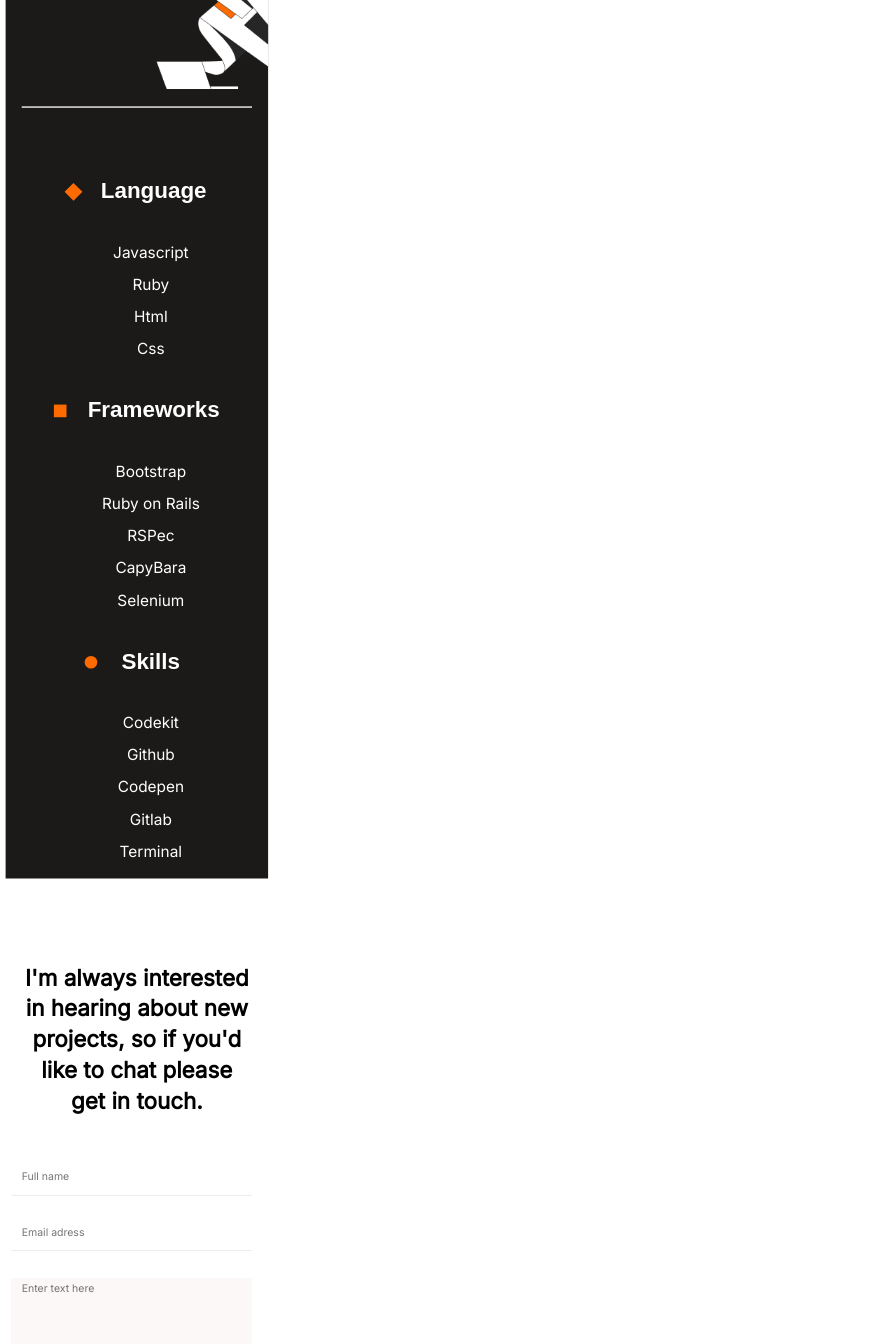
Repository: iBel251/portfolio
Page: index.html
These files come from the project's save history. The page is drawn as it stood at one moment and after the next save; the edit follows.
The browser window is 1280 px wide. The pictures show the part of the page from y = 4580 to 6500 px (the page is 6759 px tall before and 6772 px after), at 70% of full size.
Some web fonts or font styles are not loaded; a fallback is used.

Above is the page before, as saved 2022-03-22 11:14:07.

After the next save:
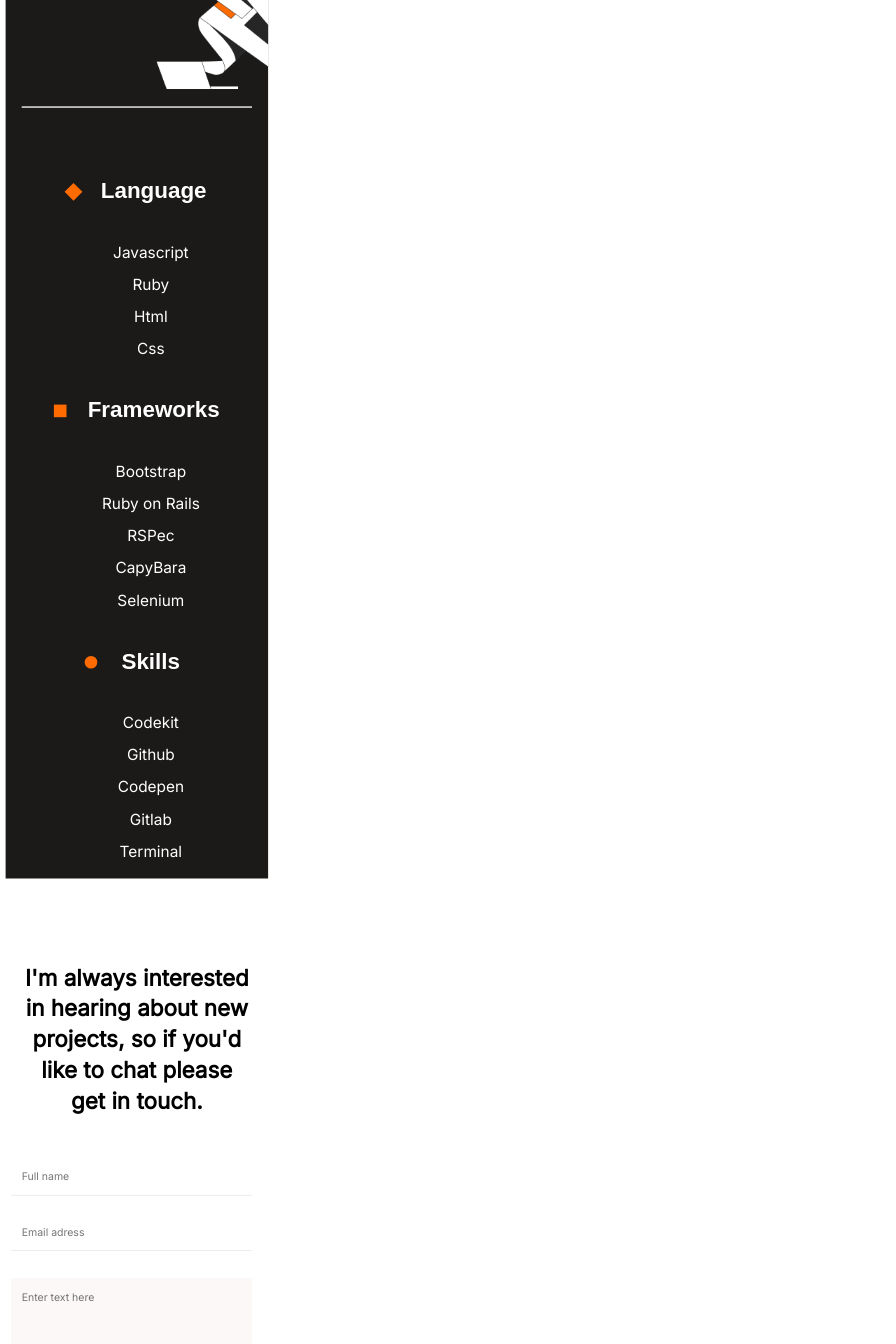
Saved 14 s later.
--- a/style.css
+++ b/style.css
@@ -453,4 +453,5 @@
 height: 114px;
 width: 327px;
 padding-left: 15px;
-}
+padding-top: 15px;
+}
